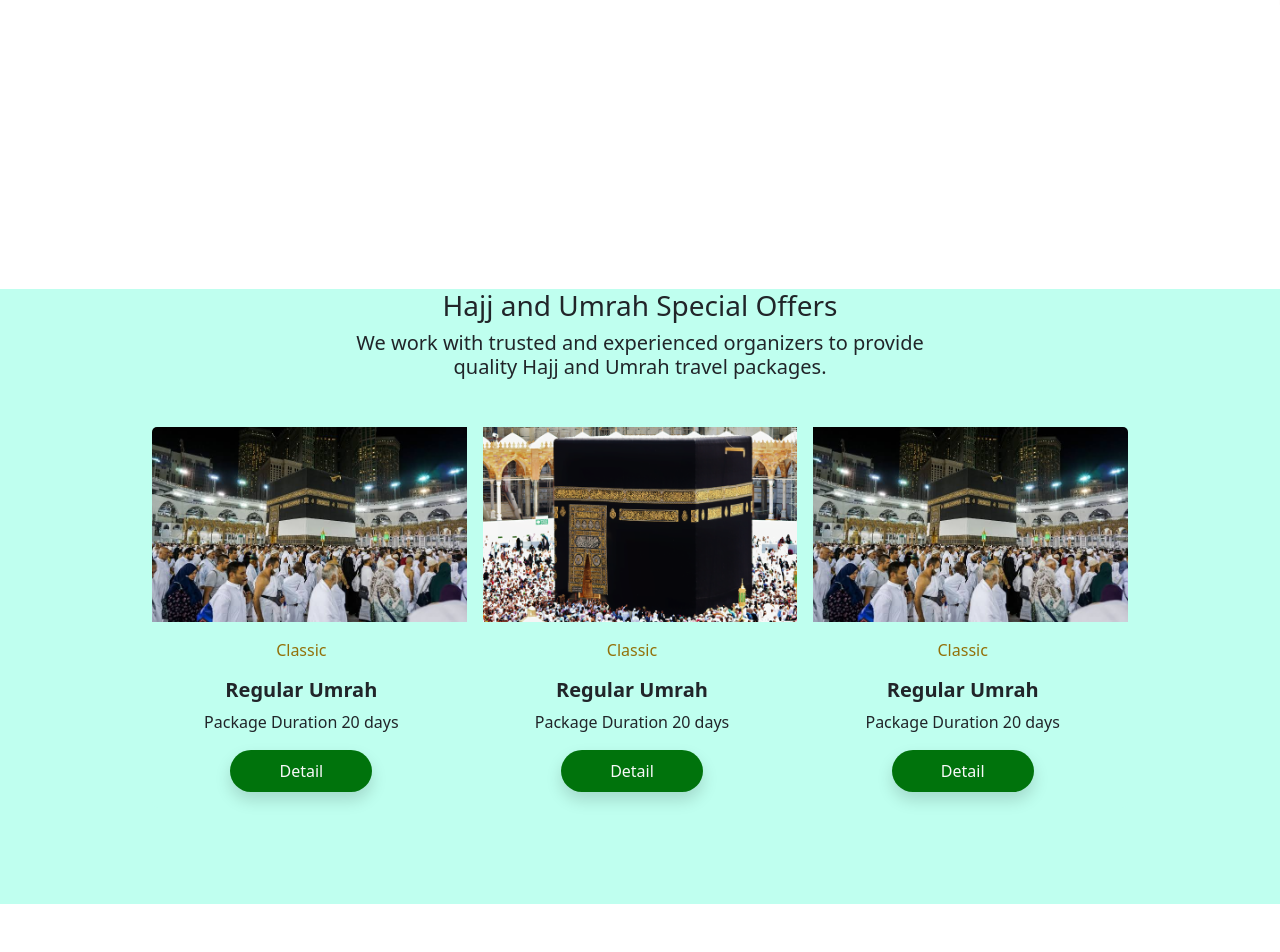
Repository: Putrabobi/Task7
Page: index.html
These files come from the project's save history. The page is drawn as it stood at one moment and after the next save; the edit follows.
The browser window is 1280 px wide. The pictures show the part of the page from y = 2184 to 3136 px (the page is 3136 px tall).
A picture or video elsewhere on the page could not be fetched, so the positions and the page height are approximate.

Above is the page before, as saved 2024-03-25 14:21:15.

After the next save:
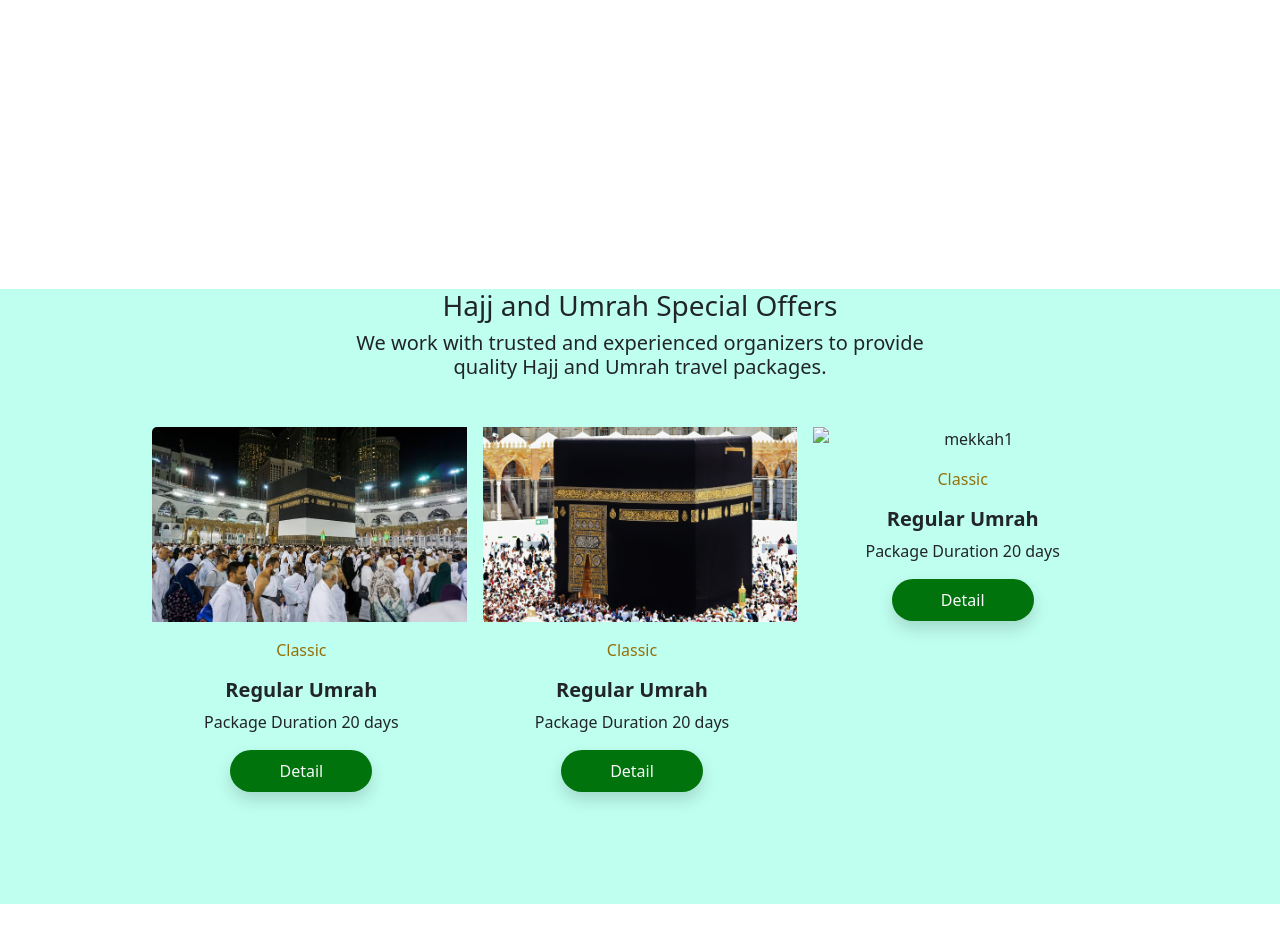
Not found: images/mekkah3.jpeg
Saved 45 s later.
--- a/index.html
+++ b/index.html
@@ -146,7 +146,7 @@
                     </div>
                 </div>
                 <div class="card mx-2 border-0" style="width: 20rem; background-color: rgb(191, 255, 239);">
-                    <img src="images/mekkah1.jpeg" class="card-img-top" alt="mekkah1" style="max-width: 100%;">
+                    <img src="images/mekkah3.jpeg" class="card-img-top" alt="mekkah1" style="max-width: 100%;">
                     <div class="card-body ps-0">
                         <p class="card-text" style="color: #937009;">Classic</p>
                         <h5 class="card-title mt-2 fw-bold">Regular Umrah</h5>

After the save that followed:
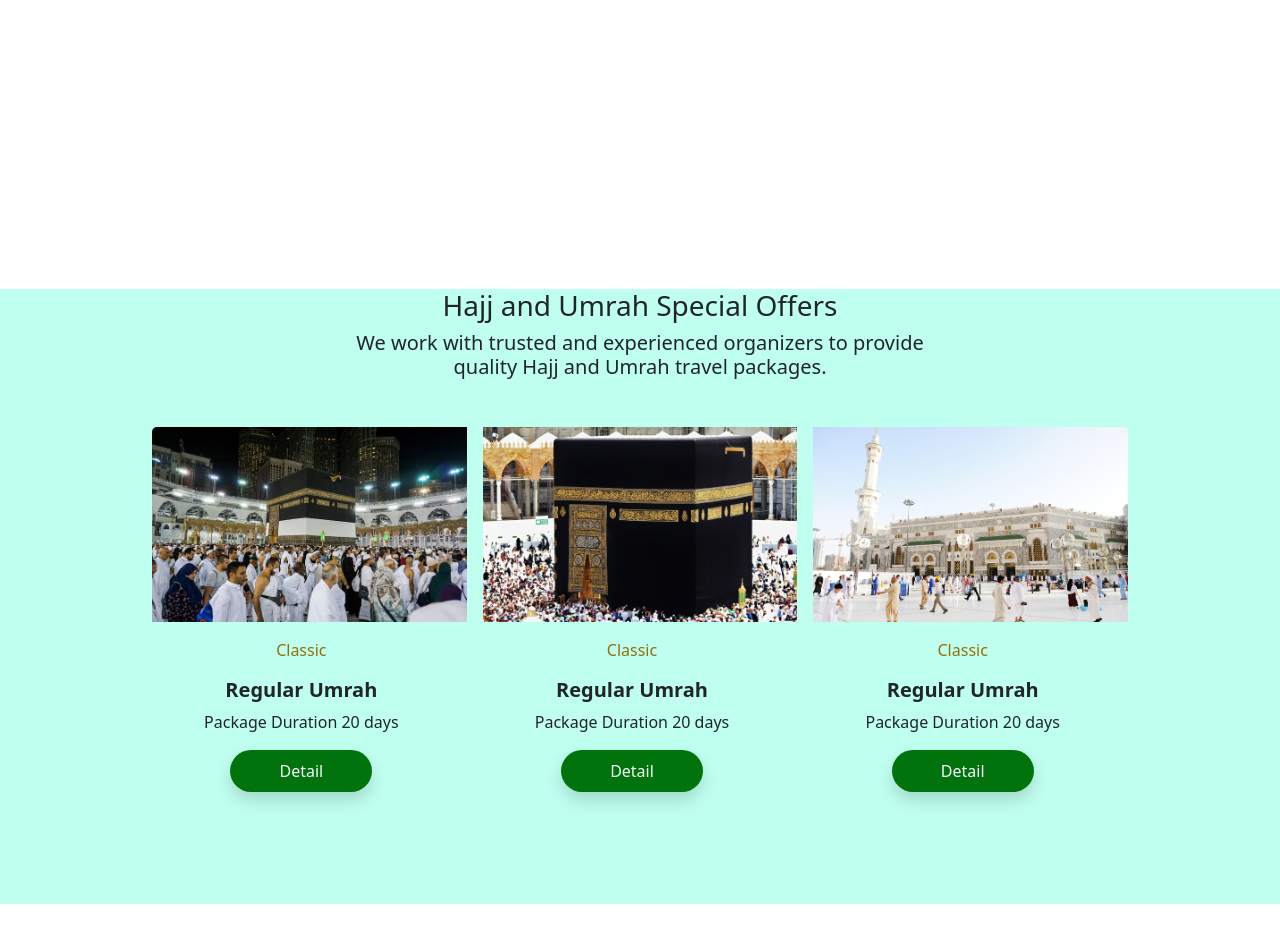
Saved 4 s later.
--- a/index.html
+++ b/index.html
@@ -146,7 +146,7 @@
                     </div>
                 </div>
                 <div class="card mx-2 border-0" style="width: 20rem; background-color: rgb(191, 255, 239);">
-                    <img src="images/mekkah3.jpeg" class="card-img-top" alt="mekkah1" style="max-width: 100%;">
+                    <img src="images/mekkah3.jpg" class="card-img-top" alt="mekkah1" style="max-width: 100%;">
                     <div class="card-body ps-0">
                         <p class="card-text" style="color: #937009;">Classic</p>
                         <h5 class="card-title mt-2 fw-bold">Regular Umrah</h5>
